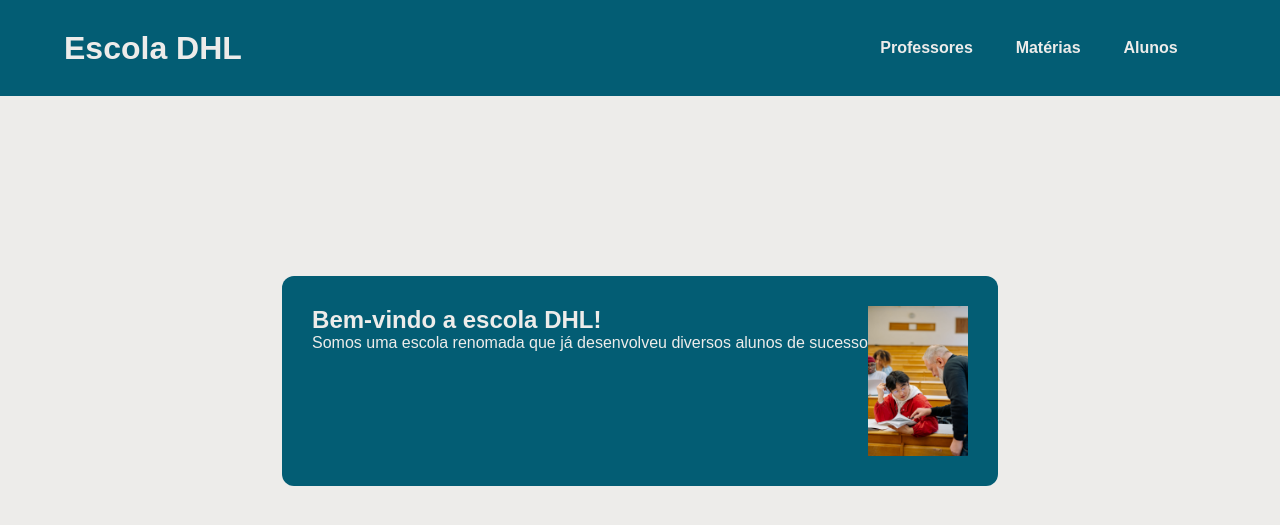
Repository: SirHick/sa-sistema-escola-DHL
Page: front/index.html
The author's editor kept a copy of each file at every save. The page is drawn from the files as they stood at one save, then again after the next save.
The browser window is 1280 px wide. The pictures show the whole page.

Above is the page before, as saved 2026-07-17 15:53:24.

### front/index.html
<!DOCTYPE html>
<html lang="pt-br">
<head>
    <meta charset="UTF-8">
    <meta name="viewport" content="width=device-width, initial-scale=1.0">
    <title>Escola SA</title>
    <link rel="stylesheet" href="style.css">
</head>
<body>
    <header>

        <h1>Escola DHL</h1>

        <nav>
            <a href="">Professores</a>
            <a href="">Matérias</a>
            <a href="">Alunos</a>
        </nav>
    </header>

    <main class = "hero-section">
        <section class = "main-text-hero-section">
            <h2>Bem-vindo a escola DHL!</h2>

            <p>Somos uma escola renomada que já
                desenvolveu diversos alunos de sucesso</p>
        </section>

        <img src="images/student-and-teacher.jpg" alt="A student receiving help from his teacher">
    </main>


    <script src="script.js"></script>
</body>
</html>

### front/style.css
*{
    margin: 0;
    padding: 0;
    box-sizing: border-box;
    object-fit: cover;
    font-family: 'Nunito', sans-serif;
}

img{
    width: 100px;
}

body{
    background: #EDECEA;

}

.landing-page{
    display: flex;
}


header{
    background: #035D74;
    width: 100vw;
    height: 6rem;
    max-height: 8rem;
    display: grid;
    grid-template-columns: 1fr 1fr;
    align-items: center;
    padding-left: 5vw;
    padding-right: 5vw;
}

header h1{
    color: #EDECEA;
}

header nav{
    justify-self: end;

}

header nav a{
    text-decoration: none;
    color: #EDECEA;
    font-weight: 700;
    margin-right: 3vw;
}

.hero-section{
    justify-self: center;
    background-color: #035D74;
    margin-top: 25vh;
    display: flex;
    color: #EDECEA;
    border-radius:12px;
    padding: 30px;
}

.hero-section img{
    height: ;
}

Loaded but not shown: front/script.js (no stored copy; drawn as an empty file)

After the next save:
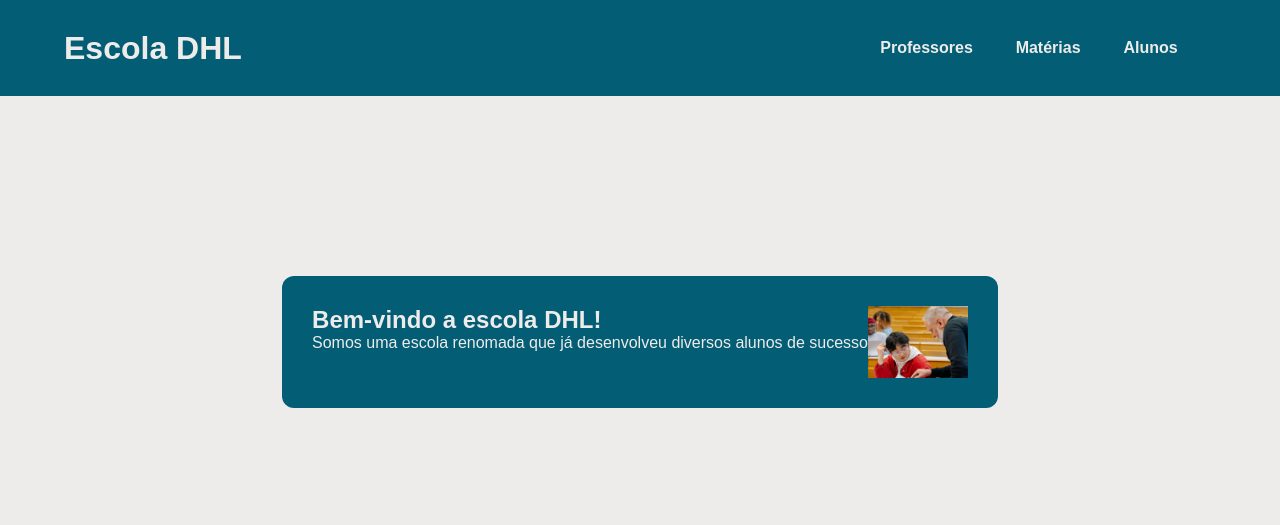
Saved 9 s later.
--- a/front/style.css
+++ b/front/style.css
@@ -59,5 +59,5 @@ header nav a{
 }
 
 .hero-section img{
-    height: ;
+    height: 10vh;
 }
